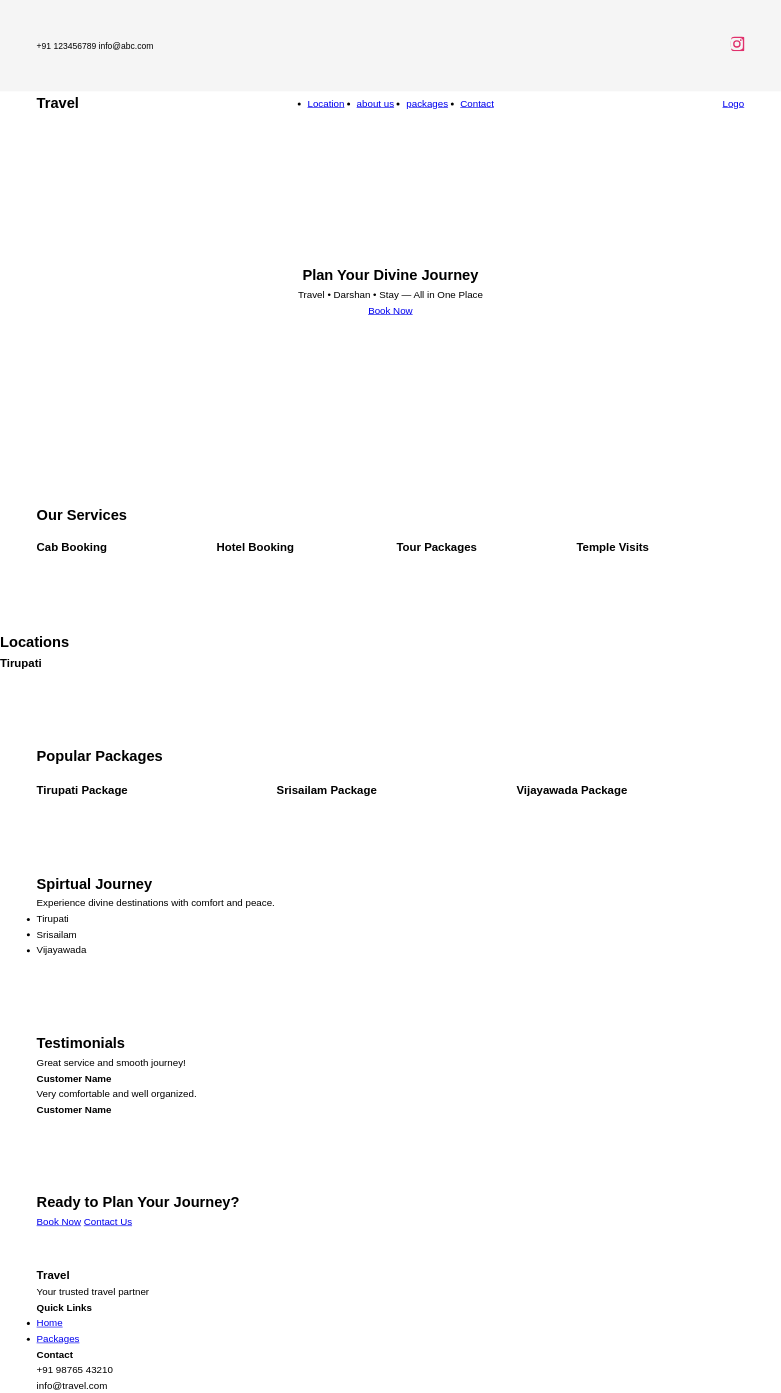
Repository: heytirupati/Bookingweb
Page: index.html
An editor plug-in stored every save of this project. The page is shown before and after a run of saves, followed by the edit.
The browser window is 1280 px wide. The pictures show the whole page, at 61% of full size.

Above is the page before, as saved 2026-03-27 11:45:56.

### index.html
<!DOCTYPE html>

<html lang="en">


    <link rel="stylesheet" href="css/style.css">
<head>
    <meta charset="UTF-8">
    <meta name="viewport" content="width=device-width, initial-scale=1.0">
    <title> Travel Website</title>
</head>
<body>


<!-- this is top bar section  -->
    <section class="top-bar">
        <div class="container">
            <div class="top-left">
                <span> +91 123456789</span>
                <span>info@abc.com</span>
            </div>
            <div class="top-right"></div>
            <a href="instalink here" target="blank">
                <svg xmlns="http://www.w3.org/2000/svg" width="24" height="24" fill="#E1306C" viewBox="0 0 24 24">
                    <path d="M12 2.163c3.204 0 3.584.012 4.849.07 1.366.062 2.633.34 3.608 1.316.975.975 1.254 2.242 1.316 3.608.058 1.265.069 1.645.069 4.849s-.012 3.584-.07 4.849c-.062 1.366-.34 2.633-1.316 3.608-.975.975-2.242 1.254-3.608 1.316-1.265.058-1.645.069-4.849.069s-3.584-.012-4.849-.07c-1.366-.062-2.633-.34-3.608-1.316-.975-.975-1.254-2.242-1.316-3.608C2.175 15.584 2.163 15.204 2.163 12s.012-3.584.07-4.849c.062-1.366.34-2.633 1.316-3.608C4.524 2.573 5.791 2.294 7.157 2.232 8.422 2.175 8.802 2.163 12 2.163zm0-2.163C8.741 0 8.332.013 7.052.072 5.78.131 4.658.414 3.732 1.34 2.806 2.266 2.523 3.388 2.464 4.66 2.405 5.941 2.392 6.35 2.392 12c0 5.65.013 6.059.072 7.34.059 1.272.342 2.394 1.268 3.32.926.926 2.048 1.209 3.32 1.268 1.281.059 1.69.072 7.34.072s6.059-.013 7.34-.072c1.272-.059 2.394-.342 3.32-1.268.926-.926 1.209-2.048 1.268-3.32.059-1.281.072-1.69.072-7.34s-.013-6.059-.072-7.34c-.059-1.272-.342-2.394-1.268-3.32-.926-.926-2.048-1.209-3.32-1.268C18.059.013 17.65 0 12 0z"/>
                    <path d="M12 5.838a6.162 6.162 0 1 0 0 12.324 6.162 6.162 0 0 0 0-12.324zm0 10.162a3.999 3.999 0 1 1 0-7.998 3.999 3.999 0 0 1 0 7.998z"/>
                    <circle cx="18.406" cy="5.594" r="1.44"/>

                </svg>
            </a>

        </div>

    </section>



    <!-- this is nav section  -->

    <header class="navbar">
        <div class="container">
            <div class="logo">
                <h2>Travel</h2>
            </div>

            <nav class="nav-menu">
                <ul>
                    <li><a href="#">Location</a></li>
                    <li><a href="#">about us</a></li>
                    <li><a href="#">packages</a></li>
                    <li><a href="#">Contact</a></li>

                </ul>

            </nav>
            <div class="top-left">
                <a href="#">Logo</a>

            </div>

        </div>

    </header>

    <section class="hero">
        <div class="container">
            <h1>Plan Your Divine Journey</h1>
            <p>Travel • Darshan • Stay — All in One Place</p>
            <div class="nav-btn">
                <a href="#">Book Now</a>
            </div>
        </div>
    </section>

    <section>
        <div class="services">
            <div class="container">
                <h2>Our Services</h2>
                <div class="service-cards">
                     <div class="card">
                    <h3>Cab Booking</h3>
                </div>

                <div class="card">
                    <h3>Hotel Booking</h3>
                </div>

                <div class="card">
                    <h3>Tour Packages</h3>
                </div>

                <div class="card">
                    <h3>Temple Visits</h3>
                </div>

            </div>

        </div>
    </section>


<!-- this is Location section  -->

<section class="locations">
    <h2>Locations</h2>
            <div class="location-card">
                <h3>Tirupati</h3>
            </div>
    </div>
</section>


<!-- this is popular package section  -->
<section class="packages">
        <div class="container">
            <h2>Popular Packages</h2>
            <div class="package-cards">

                <div class="card">
                    <h3>Tirupati Package</h3>
                </div>

                <div class="card">
                    <h3>Srisailam Package</h3>
                </div>

                <div class="card">
                    <h3>Vijayawada Package</h3>
                </div>

            </div>
        </div>
    </section>
<!-- this is Spirtual Journey section  -->
    <section class="spiritual">
        <div class="container">
            <div class="spiritual-content">
                <h2>Spirtual Journey</h2>
                <p>
                    Experience divine destinations with comfort and peace.
                </p>
                <ul>
                    <li>Tirupati</li>
                    <li>Srisailam</li>
                    <li>Vijayawada</li>
                </ul>

            </div>
            <div class="spiritual-image">
                <!-- Image goes here -->
            </div>
        </div>

    </section>
<!-- 8. Testimonials -->
    <section class="testimonials">
        <div class="container">
            <h2>Testimonials</h2>
            <div class="testimonial-cards">

                <div class="card">
                    <p>Great service and smooth journey!</p>
                    <h4>Customer Name</h4>
                </div>

                <div class="card">
                    <p>Very comfortable and well organized.</p>
                    <h4>Customer Name</h4>
                </div>

            </div>
        </div>
    </section>

    <!-- 9. CTA Section -->
    <section class="cta">
        <div class="container">
            <h2>Ready to Plan Your Journey?</h2>
            <a href="#">Book Now</a>
            <a href="#">Contact Us</a>
        </div>
    </section>

    <!-- 10. Footer -->
    <footer class="footer">
        <div class="container">

            <div class="footer-col">
                <h3>Travel</h3>
                <p>Your trusted travel partner</p>
            </div>

            <div class="footer-col">
                <h4>Quick Links</h4>
                <ul>
                    <li><a href="#">Home</a></li>
                    <li><a href="#">Packages</a></li>
                </ul>
            </div>

            <div class="footer-col">
                <h4>Contact</h4>
                <p>+91 98765 43210</p>
                <p>info@travel.com</p>
            </div>

        </div>
    </footer>











</body>
</html>

### css/style.css
* {
    margin: 0;
    padding: 0;
    box-sizing:border-box ;

}

body{
    font-family: Arial,sans-serif;
    line-height: 1.6;
}

.container{
    max-width: 1200px;
    margin: auto;
    padding: 0 20px;
}

section{
    padding: 60px 0;
}

.flex{
    display: flex;
    justify-content: space-between;
    align-items: center;
}

.top-bar{
    background-color : #f5f5f5 ;
    font-size: 14px;
}

.top-bar .container{
    display: flex;
    justify-content: space-between;
    align-items: center;
}

.navbar{
    background-color: #fff;

}

.navbar .container{
    display: flex;
    justify-content: space-between;
    align-items: center;
}
.nav-menu ul{
    display: flex;
    justify-content: space-between;
    gap: 20px;
}

.hero{
    height: 80vh;
    display: flex;
    align-items: center;
    text-align: center;
}

.service-cards,
.package-cards,
.testimonal-cards{
    display: flex;
    gap: 20px;
    margin-top: 20px;
}

.card{
    flex:1;
    padding: ;
}

After the next 5 saves:
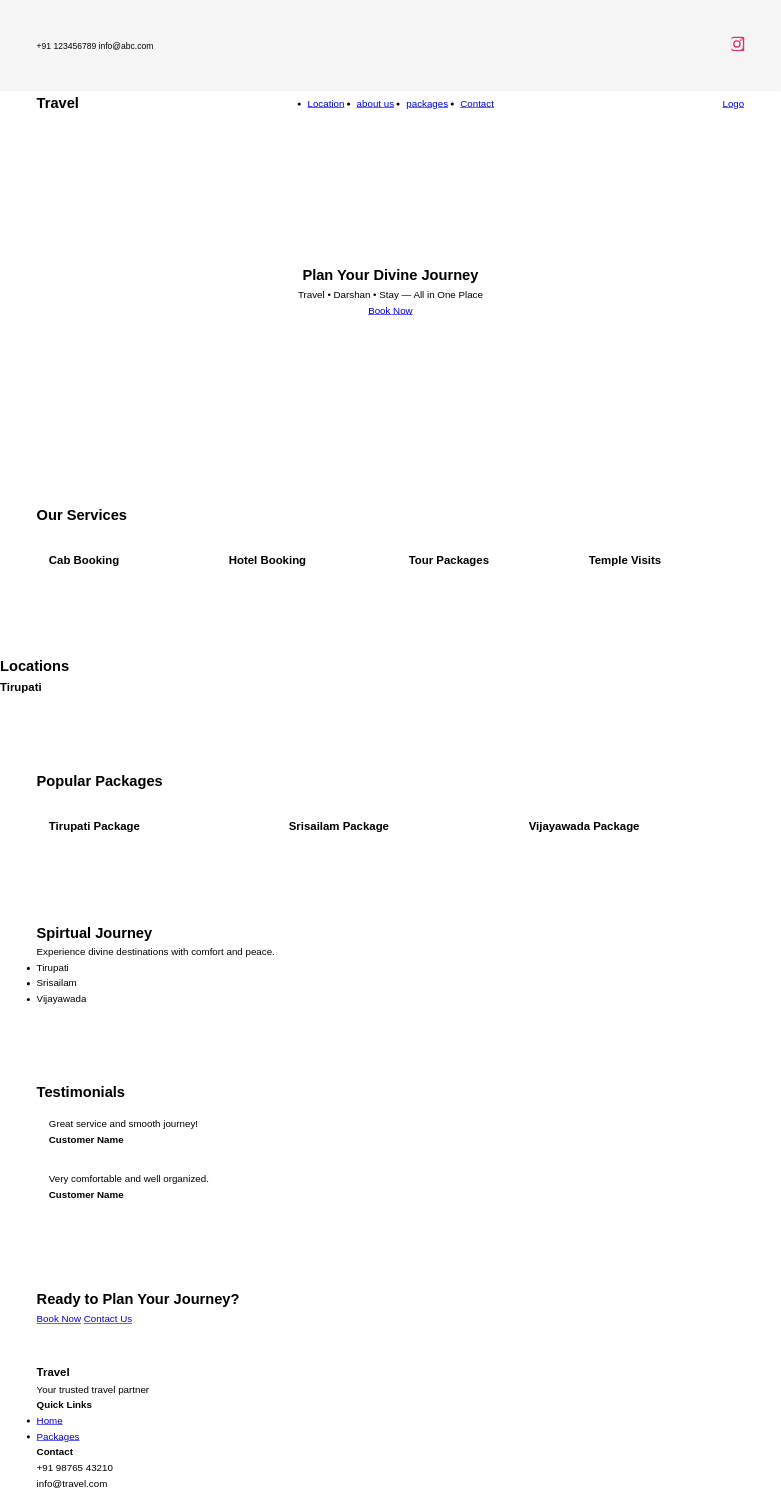
The 5 saves are shown as one change because they came seconds apart.
The last was saved 14 s later.
--- a/css/style.css
+++ b/css/style.css
@@ -70,5 +70,6 @@ section{
 
 .card{
     flex:1;
-    padding: ;
+    padding: 20px;
+    border: 1px;
 }
